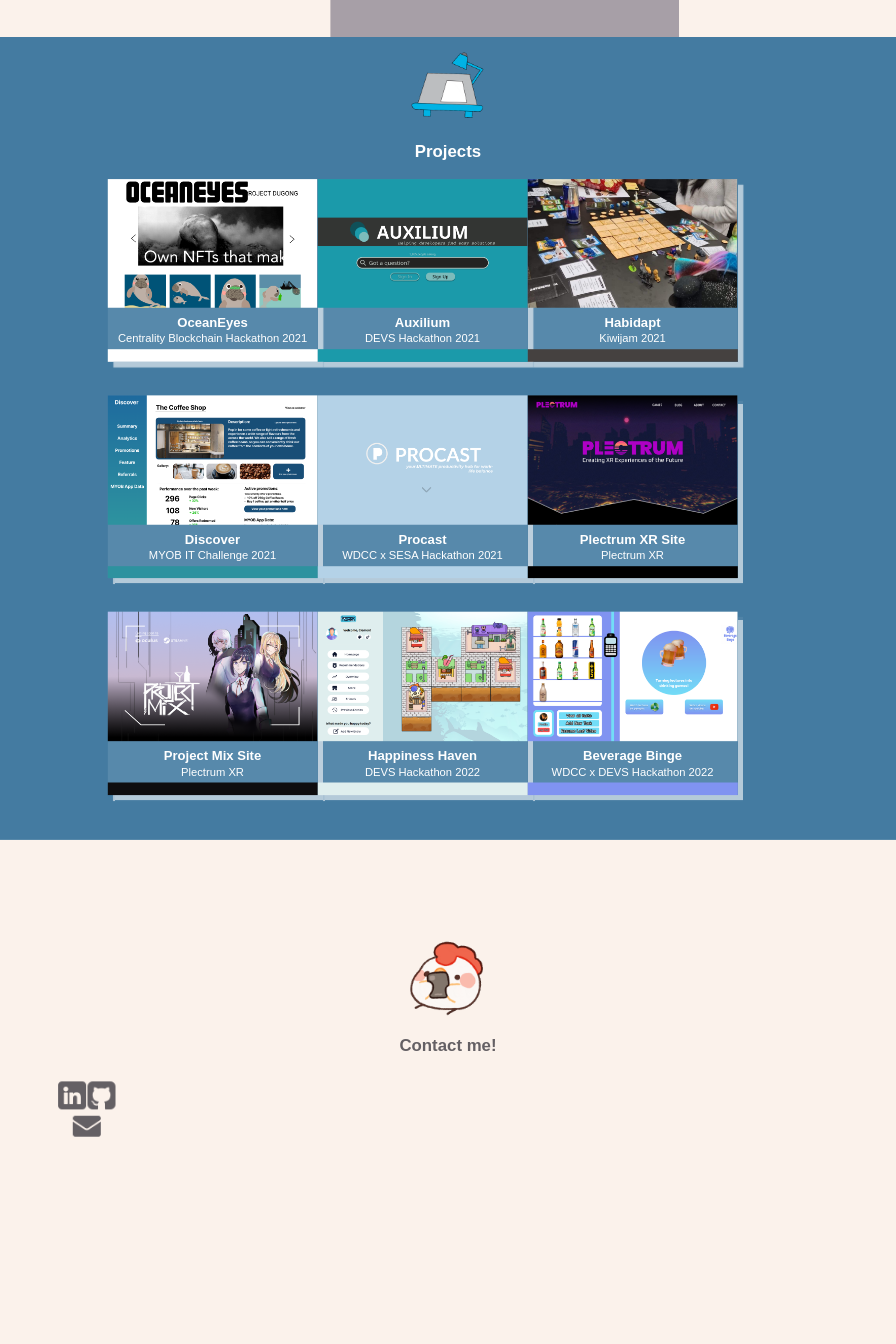
Repository: lukisoo/lukisoo-portfolio
Page: /
These files come from the project's save history. The page is drawn as it stood at one moment and after the next save; the edit follows.
The browser window is 1280 px wide. The pictures show the part of the page from y = 1387 to 3307 px (the page is 3307 px tall), at 70% of full size.
The project was rebuilt for these pictures with package versions that can differ from the ones it lists, and the page was loaded fresh each time.

Above is the page before, as saved 2022-07-31 21:26:45.

### public/index.html
<!DOCTYPE html>
<html lang="en">
  <head>
    <meta charset="utf-8" />
    <link rel="icon" href="%PUBLIC_URL%/favicon.ico" />
    <meta name="viewport" content="width=device-width, initial-scale=1" />
    <meta name="theme-color" content="#000000" />
    <meta
      name="description"
      content="Web site created using create-react-app"
    />
    <link rel="apple-touch-icon" href="%PUBLIC_URL%/logo192.png" />
    <!--
      manifest.json provides metadata used when your web app is installed on a
      user's mobile device or desktop. See https://developers.google.com/web/fundamentals/web-app-manifest/
    -->
    <link rel="manifest" href="%PUBLIC_URL%/manifest.json" />
    <!--
      Notice the use of %PUBLIC_URL% in the tags above.
      It will be replaced with the URL of the `public` folder during the build.
      Only files inside the `public` folder can be referenced from the HTML.

      Unlike "/favicon.ico" or "favicon.ico", "%PUBLIC_URL%/favicon.ico" will
      work correctly both with client-side routing and a non-root public URL.
      Learn how to configure a non-root public URL by running `npm run build`.
    -->
    <title>Lucy Zhu's Portfolio</title>
  </head>
  <body>
    <noscript>You need to enable JavaScript to run this app.</noscript>
    <div id="root"></div>
    <!--
      This HTML file is a template.
      If you open it directly in the browser, you will see an empty page.

      You can add webfonts, meta tags, or analytics to this file.
      The build step will place the bundled scripts into the <body> tag.

      To begin the development, run `npm start` or `yarn start`.
      To create a production bundle, use `npm run build` or `yarn build`.
    -->
  </body>
</html>

### src/index.js
import React from "react";
import {
  BrowserRouter as Router,
  Route,
  BrowserRouter,
} from "react-router-dom";
import { useRecoilState, RecoilRoot } from "recoil";
import ReactDOM from "react-dom/client";
import "./index.css";
import App from "./App";
import reportWebVitals from "./reportWebVitals";

const root = ReactDOM.createRoot(document.getElementById("root"));
root.render(
  <React.StrictMode>
    <RecoilRoot>
      <BrowserRouter>
        <App />
      </BrowserRouter>
    </RecoilRoot>
  </React.StrictMode>
);

// If you want to start measuring performance in your app, pass a function
// to log results (for example: reportWebVitals(console.log))
// or send to an analytics endpoint. Learn more: https://bit.ly/CRA-vitals
reportWebVitals();

### src/index.css
@import url('https://fonts.googleapis.com/css2?family=Source+Sans+Pro:ital,wght@0,200;0,300;0,400;0,600;0,700;0,900;1,200;1,300;1,400;1,600;1,700;1,900&display=swap');

body {
  margin: 0;
  /* font-family: -apple-system, BlinkMacSystemFont, 'Segoe UI', 'Roboto', 'Oxygen',
    'Ubuntu', 'Cantarell', 'Fira Sans', 'Droid Sans', 'Helvetica Neue',
    sans-serif; */
    font-family: arial;
  -webkit-font-smoothing: antialiased;
  -moz-osx-font-smoothing: grayscale;
  background-color: #447BA1;
  color: white;
  /* font-family: 'Source Sans Pro', sans-serif; */
  overflow-x: hidden;
  scroll-behavior: smooth;
}

code {
  font-family: source-code-pro, Menlo, Monaco, Consolas, 'Courier New',
    monospace;
}

a {
  text-decoration: none;
}

### src/App.js
import "./App.css";

import { Link } from "react-router-dom";
import { Tooltip, Grid } from "@mui/material";
import { motion } from "framer-motion";
import { useState } from "react";
import { useRecoilState, RecoilRoot } from "recoil";

import ProjectPopUp from "./components/project-pop-up.js";
import AchievementsPopUp from "./components/achievements-pop-up.js";

import ProjectsData from "./data/projectsData";
import AchievementsData from "./data/achievementsData";

import ProfilePhoto from "./images/header/profile-photo.png";
import LinkedinLogo from "./images/header/linkedin-logo.png";
import GithubLogo from "./images/header/github-logo.png";
import ExperienceLogo from "./images/about-me/experience.png";
import AchievementsLogo from "./images/about-me/achievements.png";
import LinkedinLogo2 from "./images/contact/linkedin-logo.png";
import GithubLogo2 from "./images/contact/github-logo.png";
import EmailLogo from "./images/contact/email-logo.png";

import Laptop from "./images/about-me/laptop.gif";
import Tools from "./images/about-me/tools.gif";
import Projects from "./images/projects-section/projects.gif";
import Contact from "./images/contact/contact.gif";

import { currentProjectState } from "./atoms/currentProjectState";

function App() {
  const [visibilityProjectPopUp, setVisibilityProjectPopUp] = useState(false);
  const [visibilityAchievementPopUp, setVisibilityAchievementPopUp] =
    useState(false);

  const [currentProject, setCurrentProject] =
    useRecoilState(currentProjectState);

  const closeProjectPopUpHandler = (e) => {
    setVisibilityProjectPopUp(e);
  };

  const closeAchievementsPopUpHandler = (e) => {
    setVisibilityAchievementPopUp(e);
  };

  return (
    <div className="App">
      <header className="full-section">
        <div className="header-image">
          <img
            src={ProfilePhoto}
            className="profile-photo"
            alt="Profile Photo"
          />
        </div>

        <div className="header-content">
          <Grid container spacing={3}>
            <Grid item xs={12} md={12}>
              <motion.div
                viewport={{ once: true }}
                transition={{ duration: 1 }}
                whileInView={{ y: ["-2000px", "0px", "-50px", "0px"] }}
              >
                <h2>Hey there, I'm Lucy Zhu.</h2>
              </motion.div>
            </Grid>
            <Grid item xs={12} md={12}>
              <Tooltip title="LinkedIn">
                <a href="https://www.linkedin.com/in/lucyzhu613/">
                  <img
                    src={LinkedinLogo}
                    className="social-logo"
                    alt="Linkedin Logo"
                  />
                </a>
              </Tooltip>
              <Tooltip title="Github">
                <a href="https://github.com/lukisoo">
                  <img
                    src={GithubLogo}
                    className="social-logo"
                    alt="Github Logo"
                  />
                </a>
              </Tooltip>
            </Grid>
            <Grid item xs={12} md={12}>
              <hr className="header-divider" />
            </Grid>
            <Grid item xs={12} md={4}>
              <a href="#about-me-section">
                <div className="box-1">
                  <div className="btn btn-one">
                    <span>ABOUT ME</span>
                  </div>
                </div>
              </a>
            </Grid>
            <Grid item xs={12} md={4}>
              <a href="#projects-section">
                <div className="box-1">
                  <div className="btn btn-one">
                    <span>PROJECTS</span>
                  </div>
                </div>
              </a>
            </Grid>
            <Grid item xs={12} md={4}>
              <a href="#contact-section">
                <div className="box-1">
                  <div className="btn btn-one">
                    <span>CONTACT</span>
                  </div>
                </div>
              </a>
            </Grid>
          </Grid>
        </div>
      </header>

      <section id="about-me-section" className="full-section">
        <motion.div
          viewport={{ once: true }}
          transition={{ duration: 1 }}
          whileInView={{ y: ["-2000px", "0px", "-50px", "-25px"] }}
        ></motion.div>
        <div className="about-me-content">
          <Grid container spacing={0}>
            <Grid item xs={12} md={4}>
              <div className="about-me-left">
                {" "}
                <div className="details-content">
                  {" "}
                  <motion.div
                    viewport={{ once: true }}
                    transition={{ duration: 1 }}
                    whileInView={{ y: ["-200px", "0px", "-50px", "0px"] }}
                  >
                    <h1>About me!</h1>
                    <img
                      src={ProfilePhoto}
                      className="profile-photo"
                      alt="Profile Photo"
                    />
                    <p>Conjoint Engineering (honours) & Commerce at UoA</p>
                    <p>Software Engineering | Finance | Accounting</p>
                    <hr />
                    <p>
                      <br />
                      Currently, most of my work is in frontend or full-stack
                      development.
                      <br />
                      <br />
                    </p>
                    <hr />
                    <h3>Find out more:</h3>
                    <div className="about-me-logo-section">
                      <Tooltip title="Experience">
                        <img
                          src={ExperienceLogo}
                          className="about-me-logo"
                          alt="Experience Logo"
                        />
                      </Tooltip>
                      <Tooltip title="Achievements">
                        <img
                          src={AchievementsLogo}
                          className="about-me-logo"
                          alt="Achievements Logo"
                          onClick={(e) =>
                            setVisibilityAchievementPopUp(
                              !visibilityAchievementPopUp
                            )
                          }
                        />
                      </Tooltip>
                    </div>{" "}
                  </motion.div>
                </div>
              </div>
            </Grid>
            <Grid item xs={12} md={8}>
              <div className="about-me-right">
                <div className="skills-content">
                  <motion.div
                    viewport={{ once: true }}
                    transition={{ duration: 1 }}
                    whileInView={{ y: ["-200px", "0px", "-50px", "0px"] }}
                  >
                    <img src={Laptop} className="laptop-gif" alt="Laptop" />
                    <h2>Technologies</h2>
                    <p>React | Next.js | HTML | Javascript | CSS</p>
                    <p>
                      Bootstrap | Material UI | Tailwind CSS | Chakra UI | Ant
                      Design
                    </p>
                    <p>Node.js | Express.js | MySQL | MongoDB</p>
                    <p>Python | Java</p>
                    <br />{" "}
                  </motion.div>{" "}
                  <motion.div
                    viewport={{ once: true }}
                    transition={{ duration: 1 }}
                    whileInView={{ y: ["-200px", "0px", "-50px", "0px"] }}
                  >
                    <img src={Tools} className="tools-gif" alt="Tools" />
                    <h2>Other skills / tools</h2>
                    <p>
                      UI / UX / Graphic / Responsive Design | Traditional /
                      Digital Art
                    </p>
                    <p>
                      Figma | Miro | Canva | Jira | Asana | Notion | Procreate |
                      GIMP | LaTeX
                    </p>{" "}
                  </motion.div>
                </div>
              </div>
            </Grid>
          </Grid>
        </div>
      </section>

      <section id="projects-section" className="full-section-projects">
        <div>
          <motion.div
            viewport={{ once: true }}
            transition={{ duration: 1 }}
            whileInView={{ y: ["-200px", "0px", "-50px", "0px"] }}
          >
            <img src={Projects} className="projects-gif" alt="Projects" />
            <h1>Projects</h1>{" "}
          </motion.div>

          <div className="all-projects">
            <Grid container rowSpacing={6} columnSpacing={0}>
              {ProjectsData.map((Project, i) => (
                <Grid item xs={6} md={4}>
                  <motion.div
                    // drag
                    // dragConstraints = {{top: -50, left: -50, right: 50, bottom: 50,}}
                    viewport={{ once: true }}
                    transition={{ duration: 1 }}
                    whileInView={{ y: ["-200px", "0px", "-50px", "0px"] }}
                  >
                    <div
                      className="project-box"
                      onClick={() => (
                        setVisibilityProjectPopUp(!visibilityProjectPopUp),
                        setCurrentProject(Project.id)
                      )}
                    >
                      <img
                        draggable="false"
                        src={Project.header}
                        className="project-header-image"
                        alt={Project.title}
                      />
                      <div className="project-text">
                        <h3>{Project.title}</h3>
                        <p>{Project.affiliation}</p>
                      </div>

                      <div
                        className="project-bottom-bar"
                        style={{ backgroundColor: Project.color }}
                      ></div>
                    </div>
                  </motion.div>
                </Grid>
              ))}
            </Grid>
          </div>
        </div>
      </section>

      <section id="contact-section" className="full-section">
        <div className="contact-content">
          <img src={Contact} className="contact-gif" alt="Contact" />
          <br />
          <h1>Contact me!</h1>
          <br />
          <Grid container spacing={2}>
            <Grid item xs={6} md={12}>
              <Tooltip title="LinkedIn">
                <a href="https://www.linkedin.com/in/lucyzhu613/">
                  <img
                    src={LinkedinLogo2}
                    className="social-logo"
                    alt="Linkedin Logo"
                  />
                </a>
              </Tooltip>

              <Tooltip title="Github">
                <a href="https://www.linkedin.com/in/lucyzhu613/">
                  <img
                    src={GithubLogo2}
                    className="social-logo"
                    alt="Github Logo"
                  />
                </a>
              </Tooltip>

              <Tooltip title="Email: lzlucyz@gmail.com">
                <a href="https://www.linkedin.com/in/lucyzhu613/">
                  <img
                    src={EmailLogo}
                    className="social-logo"
                    alt="Email Logo"
                  />
                </a>
              </Tooltip>
            </Grid>
          </Grid>
        </div>
      </section>

      <ProjectPopUp
        onClose={closeProjectPopUpHandler}
        show={visibilityProjectPopUp}
        title={ProjectsData[currentProject].title}
      >
        <div>
          <div className="pick-task-content">
            <h3>{ProjectsData[currentProject].affiliation}</h3>
            <p>{ProjectsData[currentProject].description}</p>
          </div>
        </div>
      </ProjectPopUp>

      <AchievementsPopUp
        onClose={closeAchievementsPopUpHandler}
        show={visibilityAchievementPopUp}
        title="Achievements (2021 onwards only)"
      >
        <div>
          <div className="pick-task-content">
            {AchievementsData.reverse().map((Achievement, i) => (
              <div>
                <h1>{Achievement.title}</h1>
              </div>
            ))}
          </div>
        </div>
      </AchievementsPopUp>
    </div>
  );
}

export default App;

### src/App.css
.App {
  text-align: center;
  margin: 0;
}

/* Section Content */
.full-section {
  height: 100vh;
  width: 100vw;
}

.full-section-projects {
  width: 100vw;
  height: auto;
}

/* Buttons */
.box-1 {
  /* background-color: hsl(0, 100%, 70%);  */
  width: 250px;
  margin: auto;
}

.btn {
  line-height: 50px;
  height: 50px;
  text-align: center;
  width: 250px;
  cursor: pointer;
}

.btn-one {
  color: #fff;
  transition: all 0.3s;
  position: relative;
}
.btn-one span {
  transition: all 0.3s;
}
.btn-one::before {
  content: "";
  position: absolute;
  bottom: 0;
  left: 0;
  width: 100%;
  height: 100%;
  z-index: 1;
  opacity: 0;
  transition: all 0.3s;
  border-top-width: 1px;
  border-bottom-width: 1px;
  border-top-style: solid;
  border-bottom-style: solid;
  border-top-color: rgba(255, 255, 255, 0.5);
  border-bottom-color: rgba(255, 255, 255, 0.5);
  transform: scale(0.1, 1);
}
.btn-one:hover span {
  letter-spacing: 2px;
}
.btn-one:hover::before {
  opacity: 1;
  transform: scale(1, 1);
}
.btn-one::after {
  content: "";
  position: absolute;
  bottom: 0;
  left: 0;
  width: 100%;
  height: 100%;
  z-index: 1;
  transition: all 0.3s;
  background-color: rgba(255, 255, 255, 0.1);
}
.btn-one:hover::after {
  opacity: 0;
  transform: scale(0.1, 1);
}

/* Header CSS */
.header-content {
  width: 60vw;
  height: 70vh;
  margin: 0 auto 0 auto;
  margin-top: 2vh;
  /* background-color: red; */
}

.header-divider {
  color: white;
  border-width: 2px;
}

.header-image {
  background: linear-gradient(180deg, #fbf2eb 50%, #ffffff00 50%);
  border-top: 13vh solid #fbf2eb;
  width: 100vw;
  height: auto;
}

.profile-photo {
  width: 10vw;
  height: auto;
}

.social-logo {
  width: 40px;
  height: auto;
  padding: 0 1% 0 1%;
}

.social-logo:hover {
  opacity: 0.8;
  cursor: pointer;
}

/* About Me CSS */
#about-me-section {
  background-color: #fbf2eb;
}

.about-me-content {
  height: 100vh;
  width: 100vw;
}

.about-me-logo-section {
  /* height: 100px; */
}

.about-me-logo {
  width: 50px;
  margin: 5% 3% 0 3%;
  padding: 1%;
}

.about-me-logo:hover {
  border-radius: 15px;
  /* border: 1px solid #A79FA7; */
  opacity: 0.8;
  cursor: pointer;
}

.about-me-left {
}

.details-content {
  padding: 8% 8% 8% 8%;
  color: #646064;
}

.about-me-right {
  background-color: #a79fa7;
  height: 100vh;
}

.skills-content {
  padding: 5% 0 5% 0;
}

.laptop-gif {
  width: 8vw;
}

.tools-gif {
  width: 6vw;
}

/* Projects CSS */
.projects-gif {
  margin-top: 10px;
  width: 9vw;
}

.all-projects {
  margin: 2% 12% 5% 12%;
}

.project-box {
  width: 300px;
  margin: 0 auto;
  background-color: rgba(255, 255, 255, 0.1);
  box-shadow: 8px 8px 1px rgba(255, 255, 255, 0.6);
}

.project-box:hover {
  /* opacity: 0.8; */
  background-color: rgba(255, 255, 255, 0.35);
  cursor: pointer;
  -webkit-transition: background-color 0.3s ease-out;
  -moz-transition: background-color 0.3s ease-out;
  -o-transition: background-color 0.3ss ease-out;
  transition: background-color 0.3s ease-out;
}

.project-text {
  margin-top: 2%;
  margin-bottom: 2%;
}

.project-box h3 {
  margin-top: 0;
  margin-bottom: 0;
}

.project-box p {
  margin-top: 1%;
  margin-bottom: 0;
}

.project-bottom-bar {
  height: 17.5px;
  width: 100%;
}

.project-header-image {
  width: 100%;
  /* -webkit-user-select: none;
  -khtml-user-select: none;
  -moz-user-select: none;
  -o-user-select: none;
  user-select: none;
  user-drag: none; */
}

/* Contact CSS */

#contact-section {
  background-color: #fbf2eb;
}

.contact-content {
  color: #646064;
  padding: 10% 5% 5% 5%;
}

.contact-gif {
  width: 10vw;
}

### src/components/project-pop-up.js
import { useEffect, useState } from "react";
import popupStyles from "./css/project-pop-up.module.css";
import PropTypes from "prop-types";
const CustomPopup = (props) => {
  const [show, setShow] = useState(false);

  const closeHandler = (e) => {
    setShow(false);
    props.onClose(false);
  };

  useEffect(() => {
    setShow(props.show);
  }, [props.show]);

  return (
    <div
      style={{
        visibility: show ? "visible" : "hidden",
        opacity: show ? "1" : "0"
      }}
      className={popupStyles.overlay}
    >
      <div className={popupStyles.popup}>
        <h2>{props.title}</h2>
        <span className={popupStyles.close} onClick={closeHandler}>
          &times;
        </span>
        <div className={popupStyles.content}>{props.children}</div>
      </div>
    </div>
  );
};

CustomPopup.propTypes = {
  title: PropTypes.string.isRequired,
  show: PropTypes.bool.isRequired,
  onClose: PropTypes.func.isRequired
};
export default CustomPopup;

### src/data/achievementsData.js
const achievementsData = [
    {
        id: 0,
        title: "placeholder1",
    },
    {
        id: 1,
        title: "placeholder2",
    },
];

export default achievementsData;

### src/atoms/currentProjectState.js
import { atom } from "recoil";

export const currentProjectState = atom({
  key: "currentProjectState", // unique ID (with respect to other atoms/selectors)
  default: 0, // default value (aka initial value)
});

### src/components/css/project-pop-up.module.css
.overlay {
    visibility: hidden;
    opacity: 0;
    position: fixed;
    top: 0;
    bottom: 0;
    left: 0;
    right: 0;
    background: rgba(0, 0, 0, 0.7);
    transition: opacity 500ms;
}

.popup {
    margin: 70px auto;
    padding: 20px;
    background: #fff;
    border-radius: 5px;
    width: 30%;
    position: relative;
    transition: all 5s ease-in-out;
    z-index: 500;
}

.popup h2 {
    margin-top: 0;
    color: #333;
    font-family: Tahoma, Arial, sans-serif;
}

.popup .close {
    position: absolute;
    top: 20px;
    right: 30px;
    transition: all 200ms;
    font-size: 30px;
    font-weight: bold;
    text-decoration: none;
    color: #333;
}

.popup .close:hover {
    cursor: pointer;
    color: #000;
}

.popup .content {
    max-height: 30%;
    overflow: auto;
}

@media screen and (max-width: 700px) {
    .popup {
        width: 70%;
    }
}

### src/components/css/achievements-pop-up.module.css
.overlay {
    visibility: hidden;
    opacity: 0;
    position: fixed;
    top: 0;
    bottom: 0;
    left: 0;
    right: 0;
    background: rgba(0, 0, 0, 0.7);
    transition: opacity 500ms;
}

.popup {
    margin: 70px auto;
    padding: 20px;
    background: #fff;
    border-radius: 5px;
    width: 30%;
    position: relative;
    transition: all 5s ease-in-out;
    z-index: 500;
}

.popup h2 {
    margin-top: 0;
    color: #333;
    font-family: Tahoma, Arial, sans-serif;
}

.popup .close {
    position: absolute;
    top: 20px;
    right: 30px;
    transition: all 200ms;
    font-size: 30px;
    font-weight: bold;
    text-decoration: none;
    color: #333;
}

.popup .close:hover {
    cursor: pointer;
    color: #000;
}

.popup .content {
    max-height: 30%;
    overflow: auto;
}

@media screen and (max-width: 700px) {
    .popup {
        width: 70%;
    }
}

Loaded but not shown: src/reportWebVitals.js (common file); src/data/projectsData.js (91 lines, source omitted); src/components/achievements-pop-up.js (40 lines, source omitted)

After the next save:
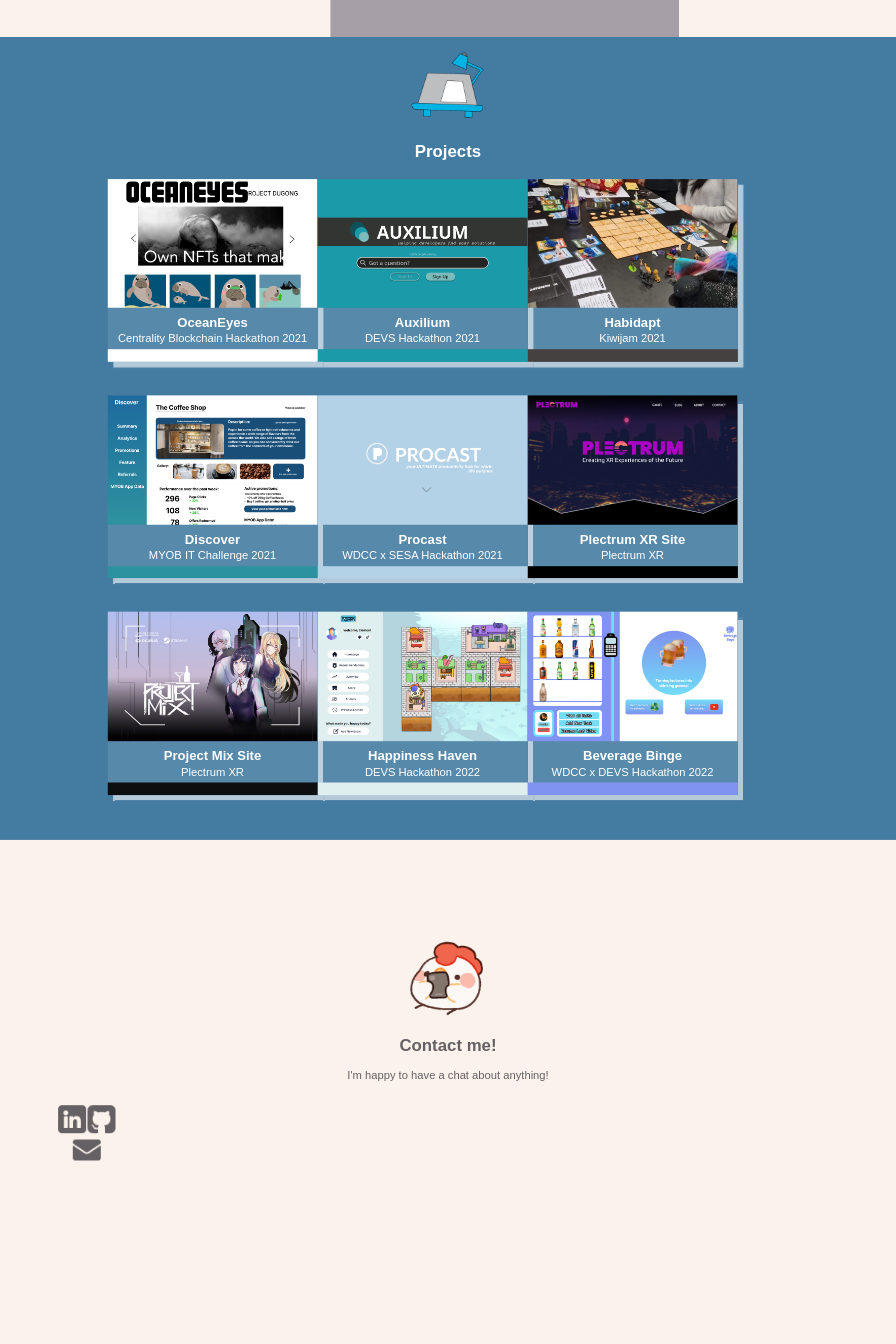
Saved 83 min 11 s later.
--- a/src/App.js
+++ b/src/App.js
@@ -281,6 +281,7 @@ function App() {
           <img src={Contact} className="contact-gif" alt="Contact" />
           <br />
           <h1>Contact me!</h1>
+          <p>I'm happy to have a chat about anything!</p>
           <br />
           <Grid container spacing={2}>
             <Grid item xs={6} md={12}>
